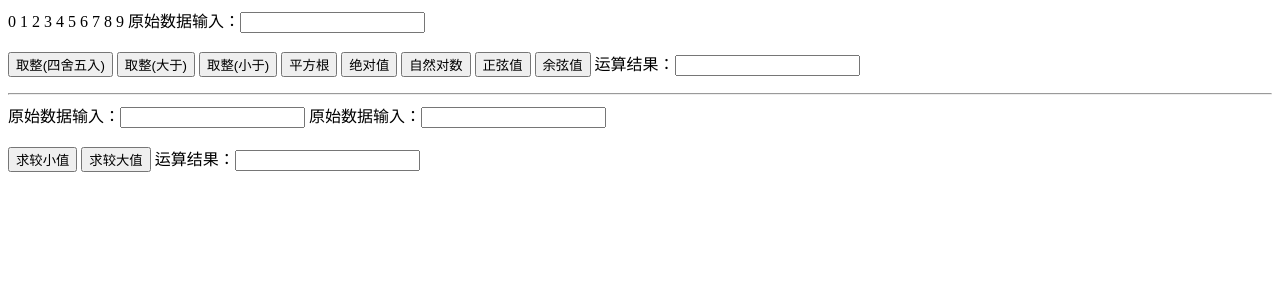
Repository: 1325718308/-
Page: js-demo/demo4.html
These files come from the project's save history. The page is drawn as it stood at one moment and after a run of saves; the edit follows.
The browser window is 1280 px wide. The pictures show the whole page.

Above is the page before, as saved 2019-05-05 16:10:47.

After the next 2 saves:
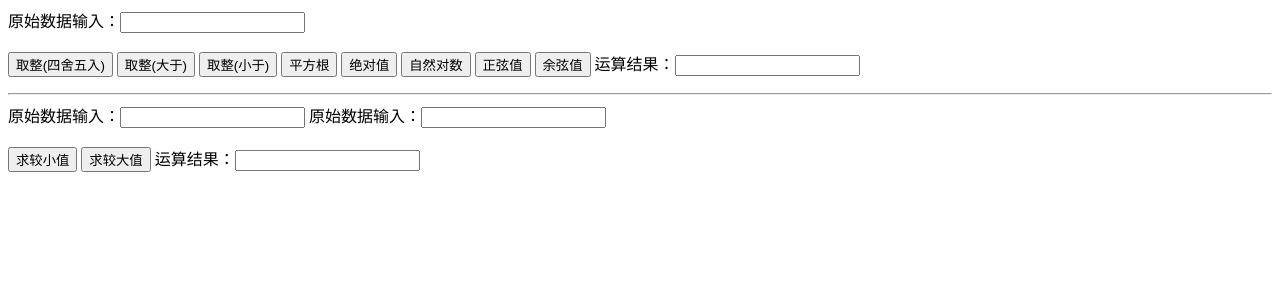
The 2 saves are shown as one change because they came seconds apart.
The last was saved 67 s later.
--- a/js-demo/demo4.html
+++ b/js-demo/demo4.html
@@ -5,26 +5,34 @@
 
 <body>
     <script type='text/javascript'>
-        a = 10;
-        console.log(a)
-        function test() {
-            switch (a) {
-                case 1:
+        // a = 10;
+        // console.log(a)
+        // function test() {
+        //     switch (a) {
+        //         case 1:
 
-            }
-            var arr = [];
-            for (var i = 0; i < 10; i++) {
-                (function (j) {
-                    arr[j] = function () {
-                        document.write(j + ' ')
-                    }
-                }(i))
-            }
-            return arr;
-        }
-        var myArr = test();
-        for (j = 0; j < 10; j++) {
-            myArr[j]()
+        //     }
+        //     var arr = [];
+        //     for (var i = 0; i < 10; i++) {
+        //         (function (j) {
+        //             arr[j] = function () {
+        //                 document.write(j + ' ')
+        //             }
+        //         }(i))
+        //     }
+        //     return arr;
+        // }
+        // var myArr = test();
+        // for (j = 0; j < 10; j++) {
+        //     myArr[j]()
+        // }
+        function start(flag) {
+            // var flag;
+            var s;
+            var ss;
+            var a = f1.dh1.value;
+            var b = f2.dh3.value;
+            var c = f2.dh4.value;
         }
     </script>
     原始数据输入：<input type="text" id="dh1" name="shuru" value="" />
